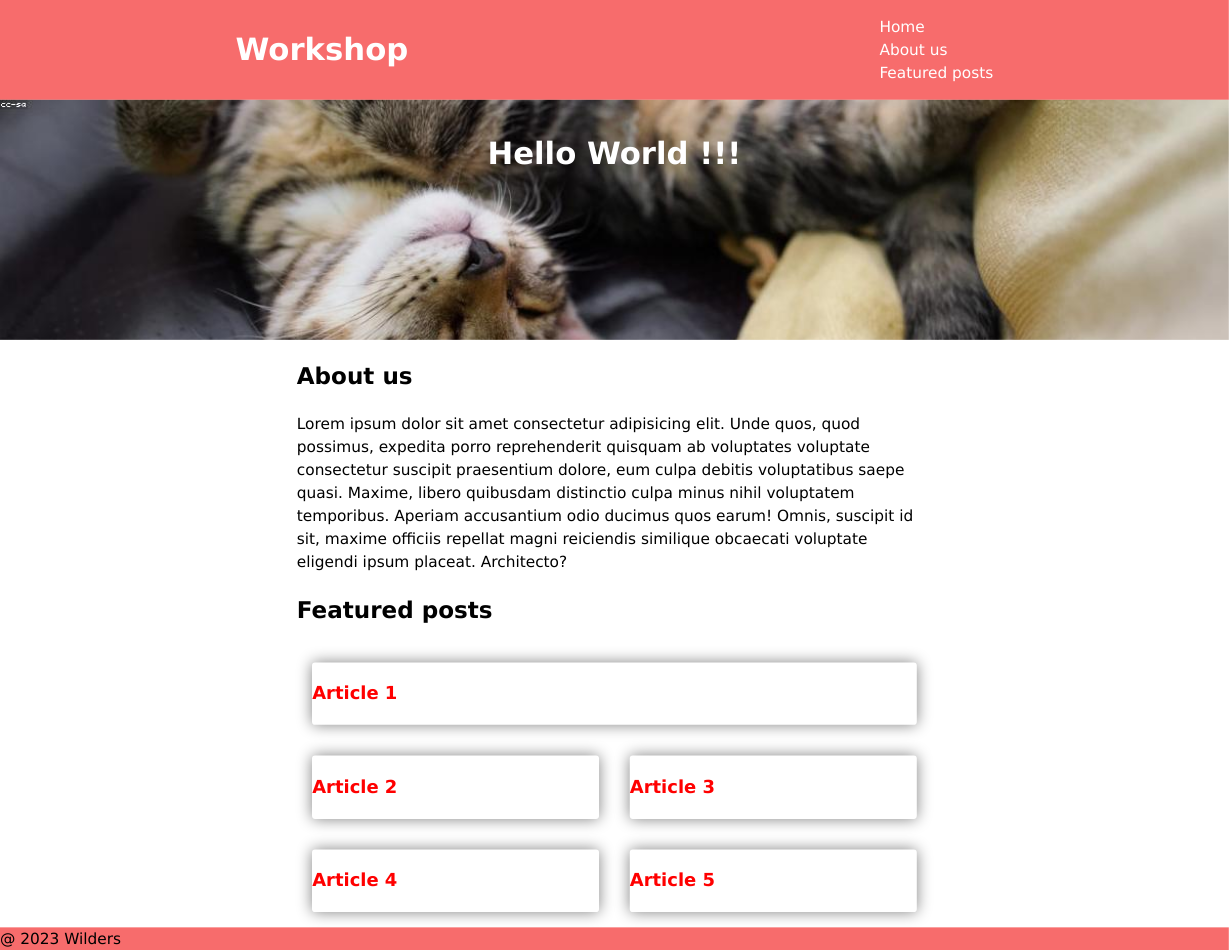
Repository: PPaillard/cssresponsive
Page: index.html
An editor plug-in stored every save of this project. The page is shown before and after the next save, followed by the edit.
The browser window is 1280 px wide. The pictures show the whole page, at 96% of full size.

Above is the page before, as saved 2023-03-03 14:41:59.

### index.html
<!DOCTYPE html>
<html lang="en">
  <head>
    <meta charset="UTF-8" />
    <meta http-equiv="X-UA-Compatible" content="IE=edge" />
    <meta name="viewport" content="width=device-width, initial-scale=1.0" />
    <title>Document</title>
    <link rel="stylesheet" href="style.css" />
  </head>
  <body>
    <nav>
      <h2>Workshop</h2>
      <ul>
        <li><a href="#home">Home</a></li>
        <li><a href="#aboutus">About us</a></li>
        <li><a href="#featuredposts">Featured posts</a></li>
      </ul>
    </nav>
    <header>
      <h1>Hello World !!!</h1>
    </header>
    <main>
      <section>
        <h2>About us</h2>
        <p>
          Lorem ipsum dolor sit amet consectetur adipisicing elit. Unde quos,
          quod possimus, expedita porro reprehenderit quisquam ab voluptates
          voluptate consectetur suscipit praesentium dolore, eum culpa debitis
          voluptatibus saepe quasi. Maxime, libero quibusdam distinctio culpa
          minus nihil voluptatem temporibus. Aperiam accusantium odio ducimus
          quos earum! Omnis, suscipit id sit, maxime officiis repellat magni
          reiciendis similique obcaecati voluptate eligendi ipsum placeat.
          Architecto?
        </p>
      </section>
      <section id="featured-posts">
        <h2>Featured posts</h2>
        <div>
          <article><h1>Article 1</h1></article>
          <article><h1>Article 2</h1></article>
          <article><h1>Article 3</h1></article>
          <article><h1>Article 4</h1></article>
          <article><h1>Article 5</h1></article>
        </div>
      </section>
    </main>
    <footer>@ 2023 Wilders</footer>
  </body>
</html>

### style.css
* {
  box-sizing: border-box;
}

body {
  margin: 0;
  line-height: 1.5;
  font-family: Verdana, Geneva, Tahoma, sans-serif;
}

/* Navigation */
nav {
  display: flex;
  justify-content: space-around;
  align-items: center;
  background-color: #f76c6c;
  color: #ffffff;
}

nav > h2 {
  margin: 0;
  font-size: clamp(2rem, 4vh, 4rem);
}

nav ul {
  margin: 0;
  padding: 1rem 0;
}

nav ul li {
  list-style: none;
}

nav ul li a {
  color: white;
  text-decoration: none;
}
/* fin de navigation */
/* header */

header {
  min-height: 250px;
  text-align: center;
  background-image: url("65535_52214085447_ec2bf04bd7_h_1200_300_nofilter.jpg");
  background-repeat: no-repeat;
  background-size: cover;
}
header h1 {
  color: white;
  margin: 0;
  padding-top: 2rem;
}

section {
  margin: 0 auto;
  max-width: 65ch;
}

section article {
  display: inline-block;
  color: red;
  margin: 1rem;
  border-radius: 0.2rem;
  box-shadow: 0 0 1rem grey;
}

#featured-posts > div {
  display: grid;
  grid-template-columns: 1fr 1fr;
}

#featured-posts > div > article:first-of-type {
  grid-column: 1/3;
}

footer {
  background-color: #f76c6c;
}

After the next save:
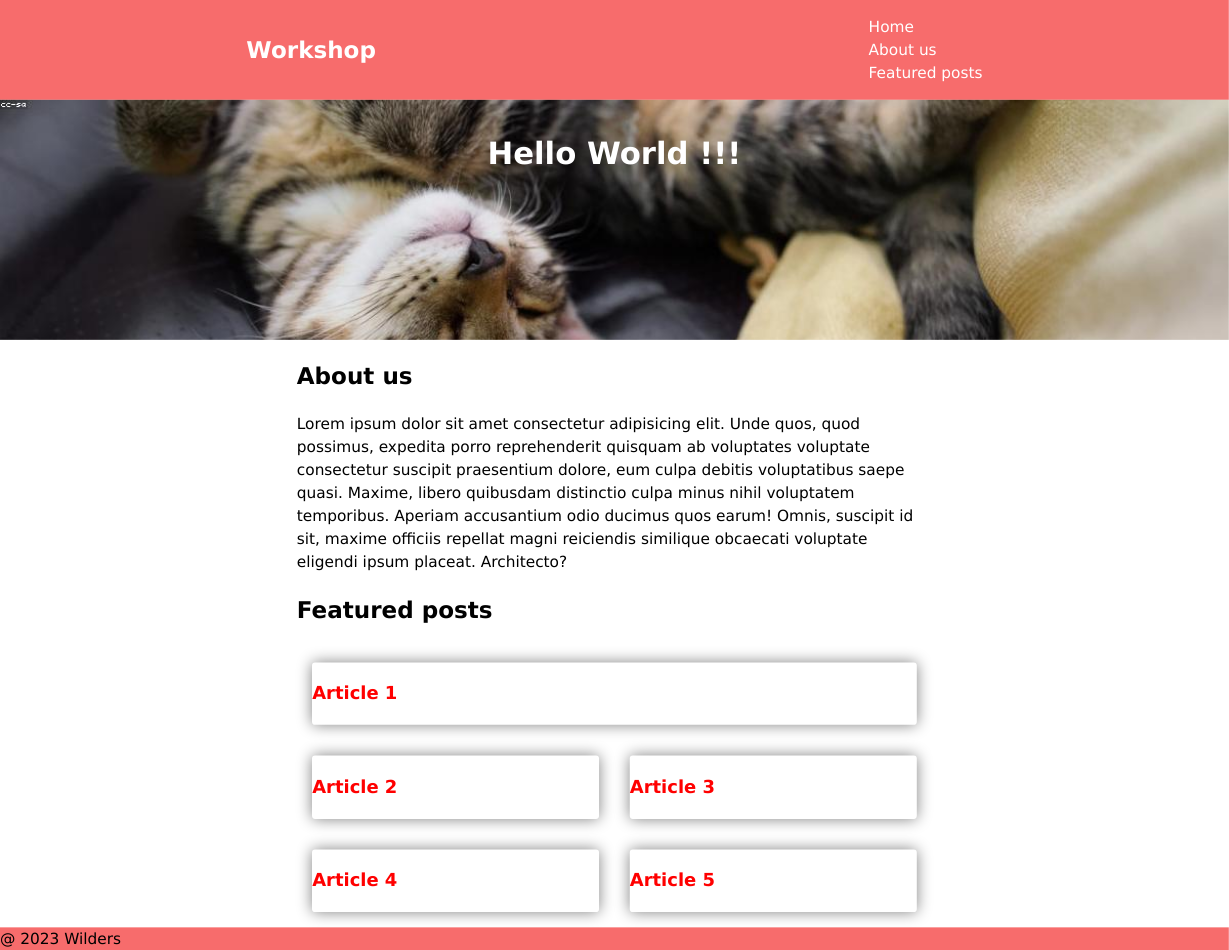
Saved 10 s later.
--- a/style.css
+++ b/style.css
@@ -19,7 +19,7 @@
 
 nav > h2 {
   margin: 0;
-  font-size: clamp(2rem, 4vh, 4rem);
+  font-size: clamp(2rem, 2rem+1vh, 4rem);
 }
 
 nav ul {

After the save that followed:
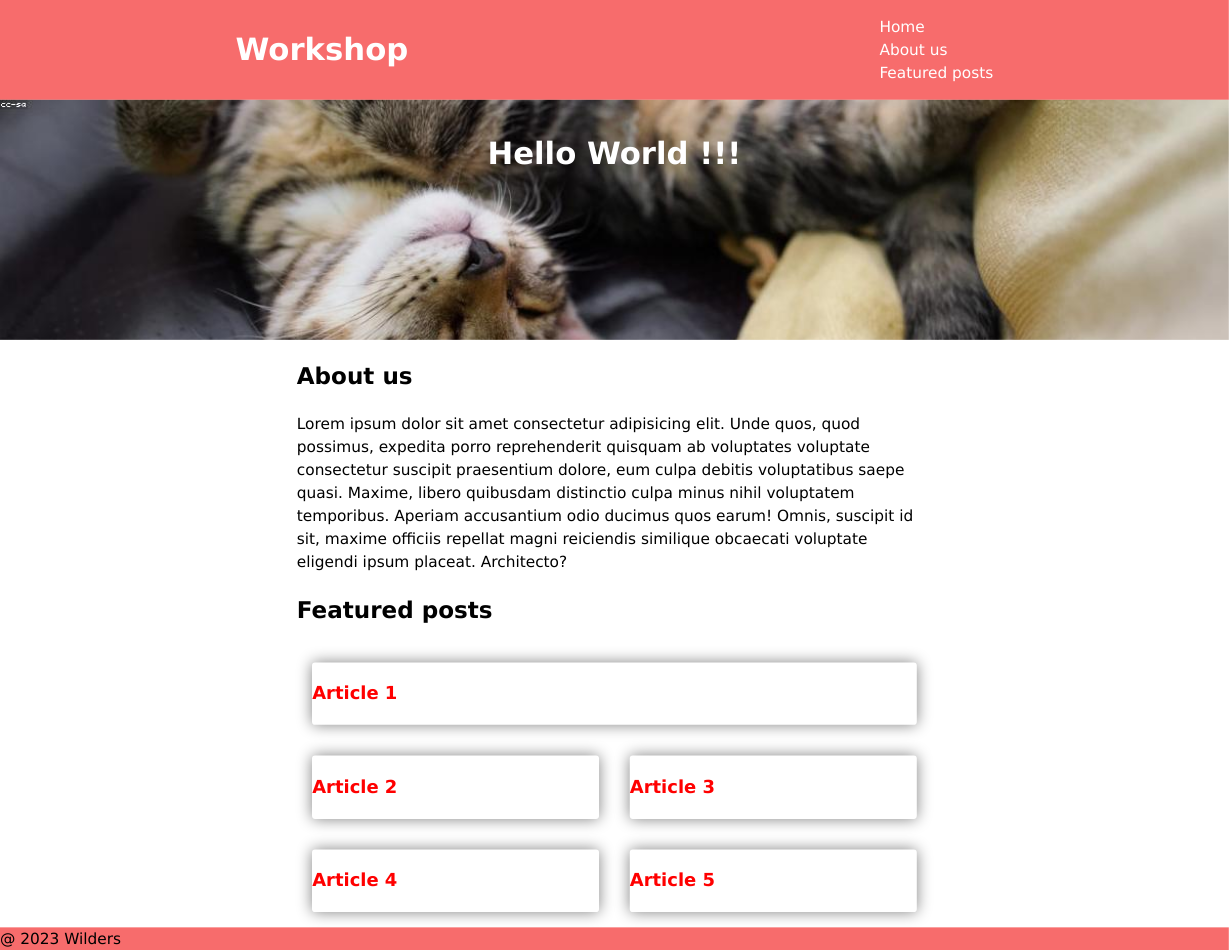
Saved 2 min 0 s later.
--- a/style.css
+++ b/style.css
@@ -19,7 +19,7 @@
 
 nav > h2 {
   margin: 0;
-  font-size: clamp(2rem, 2rem+1vh, 4rem);
+  font-size: clamp(2rem, 4vh, 4rem);
 }
 
 nav ul {
